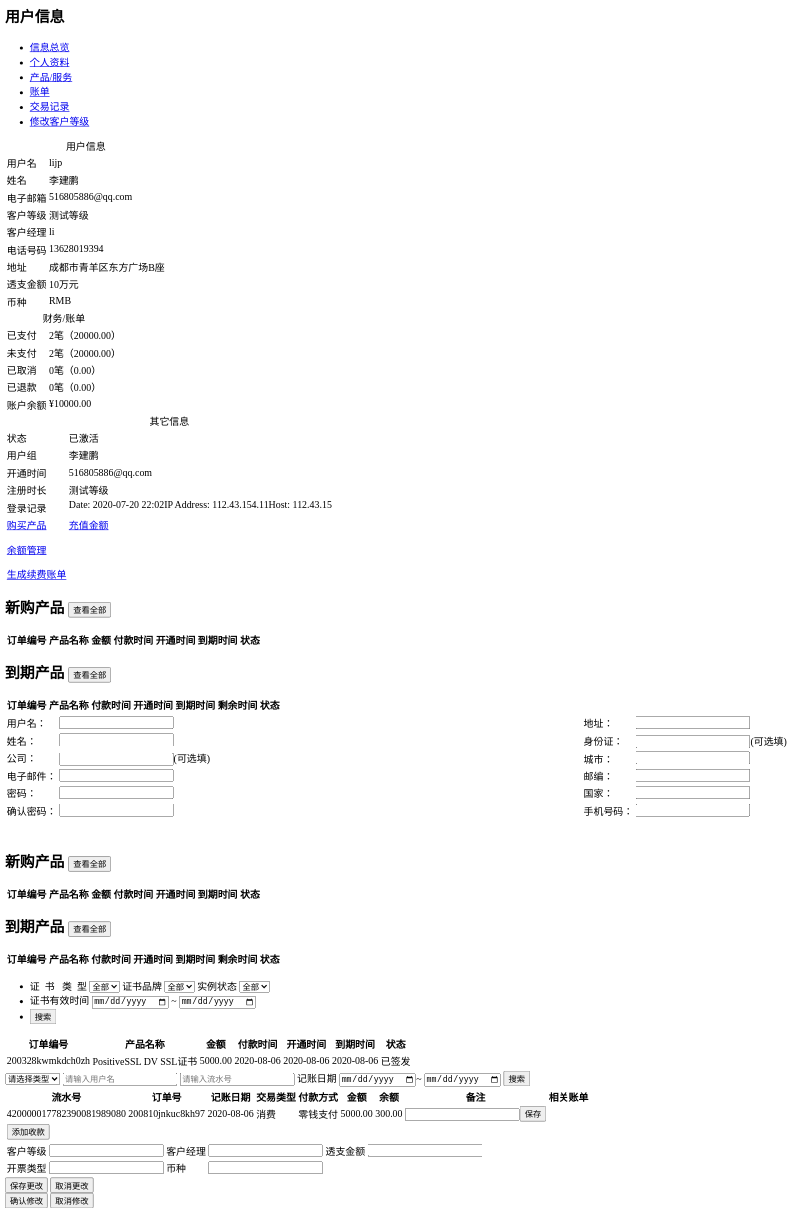
Repository: wangyan466393/racentSystem
Page: customerData.html
The author's editor kept a copy of each file at every save. The page is drawn from the files as they stood at one save, then again after the next save.
The browser window is 1280 px wide. The pictures show the whole page, at 62% of full size.

Above is the page before, as saved 2020-08-13 18:24:15.
Console error: TypeError: Cannot set properties of null (setting 'innerHTML')

After the next save:
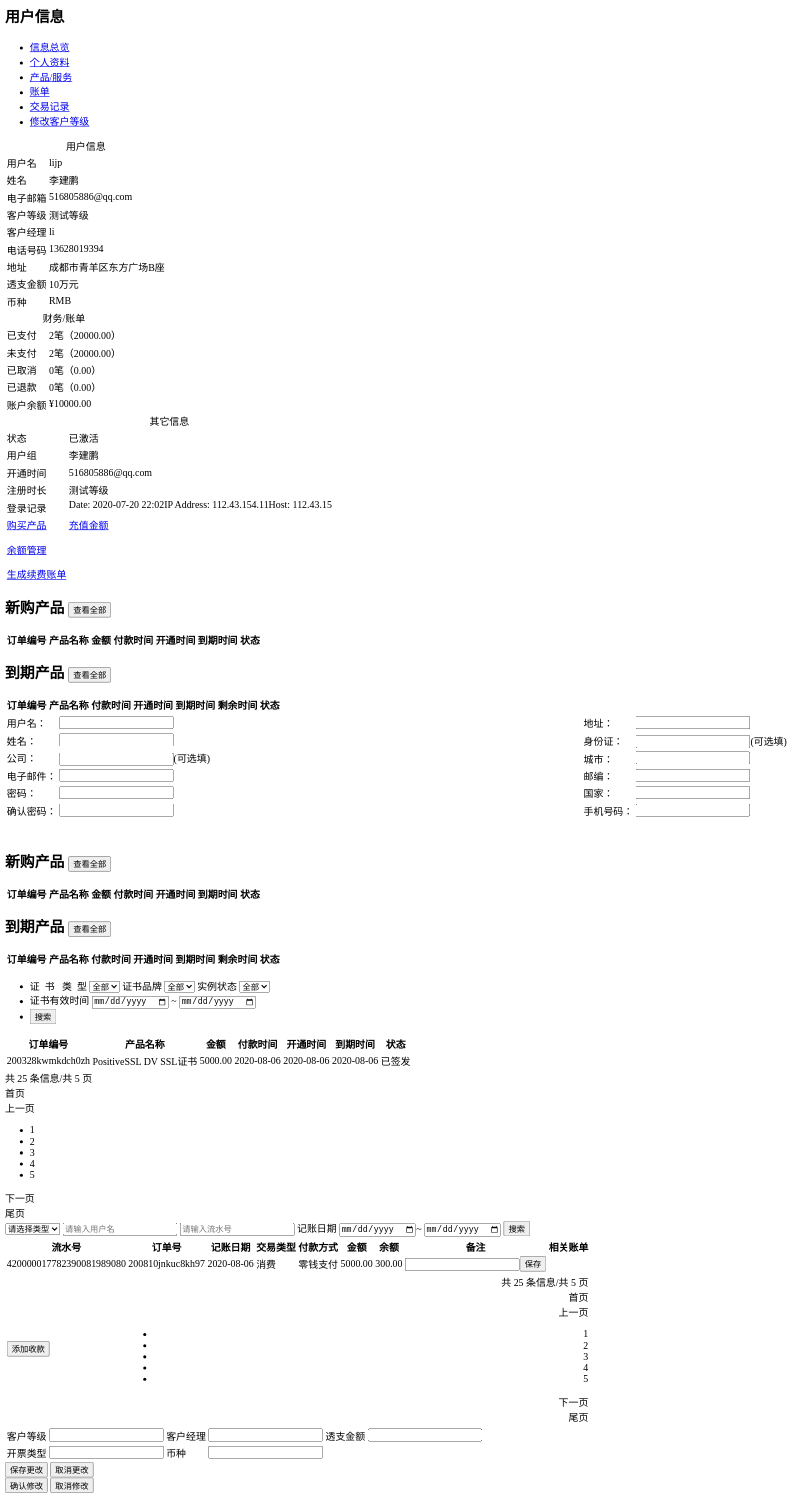
The error is gone.
Saved 2 min 57 s later.
--- a/customerData.html
+++ b/customerData.html
@@ -483,18 +483,18 @@
 <script src="js/page.js"></script>
 <script>
     //软键盘
-    const keyboard = new aKeyboard.keyboard({
-        el: '#main_keyboard',
-        style: {},
-        fixedBottomCenter: true
-    })
-    keyboard.inputOn('#input', 'value')
-    keyboard.onclick('Enter', function () {
-        // alert('oh! 这是自定义事件！它覆盖了原始的回车事件。This is a custom event! It override the original enter event.');
-        $("#main_keyboard").css("display", "none")
-        console.log($("#input").val())
-        $("#input").prop("disabled", "disabled")
-    })
+    // const keyboard = new aKeyboard.keyboard({
+    //     el: '#main_keyboard',
+    //     style: {},
+    //     fixedBottomCenter: true
+    // })
+    // keyboard.inputOn('#input', 'value')
+    // keyboard.onclick('Enter', function () {
+    //     // alert('oh! 这是自定义事件！它覆盖了原始的回车事件。This is a custom event! It override the original enter event.');
+    //     $("#main_keyboard").css("display", "none")
+    //     console.log($("#input").val())
+    //     $("#input").prop("disabled", "disabled")
+    // })
     $("#icon_keyboard").click(function (e) {
         e.preventDefault()
         $("#input").removeAttr("disabled").focus();
